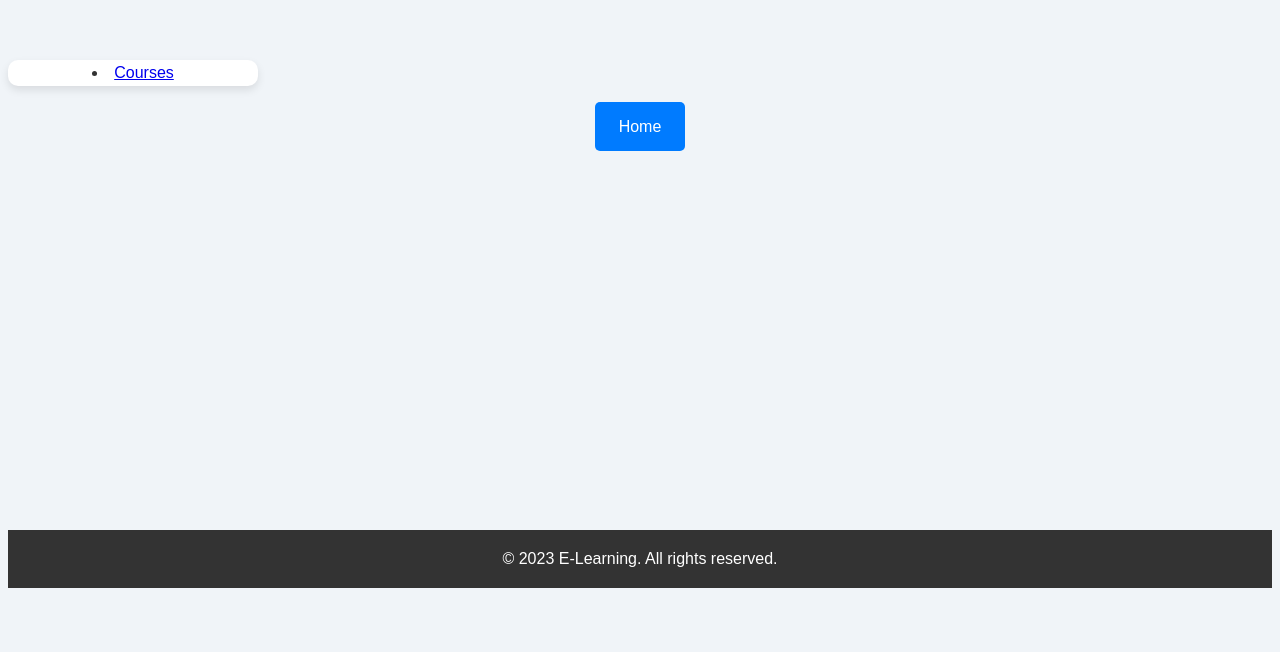
Repository: Syed1818/project
Page: courses.html
The author's editor kept a copy of each file at every save. The page is drawn from the files as they stood at one save, then again after the next save.
The browser window is 1280 px wide. The pictures show the whole page.

Above is the page before, as saved 2024-12-02 21:15:53.

### courses.html
<!DOCTYPE html>
<html lang="en">
<head>
    <meta charset="UTF-8">
    <meta name="viewport" content="width=device-width, initial-scale=1.0">
    <title>Courses | E-Learning</title>
    <style>
        body {
            font-family: Arial, sans-serif;
            background-color: #f0f4f8;
            color: #333;
            line-height: 1.6;
            margin-top: 60px;
            align-items: center;
            justify-content: center;
            text-align: center;
        }

        .search-container {
            max-width: 600px;
            margin: 2rem auto;
            text-align: center;
        }

        input[type="text"] {
            width: 80%;
            padding: 1rem;
            font-size: 1rem;
            border: 1px solid #ddd;
            border-radius: 5px;
        }

        .course-list {
            display: flex;
            flex-wrap: wrap;
            gap: 2rem;
            justify-content: center;
            margin-top: 2rem;
        }

        .course-item {
            background-color: white;
            border-radius: 10px;
            box-shadow: 0 4px 8px rgba(0, 0, 0, 0.1);
            width: 250px;
            overflow: hidden;
            text-align: center;
            transition: transform 0.3s ease, box-shadow 0.3s ease;
        }

        .course-item img {
            width: 100%;
            height: 200px;
            object-fit: cover;
        }

        .course-item h3 {
            padding: 1rem;
            font-size: 1.25rem;
            background-color: #f9f9f9;
            border-bottom: 1px solid #ddd;
            color: #333;
        }

        .course-item p {
            padding: 1rem;
            font-size: 1rem;
            justify-content: center;
            align-items: center;
            text-align: center;
            color: #555;
        }

        .course-item:hover {
            transform: translateY(-10px);
            box-shadow: 0 10px 30px rgba(0, 0, 0, 0.1);
        }

        .home-button {
            display: inline-block;
            padding: 0.75rem 1.5rem;
            font-size: 1rem;
            color: white;
            background-color: #007bff;
            border: none;
            border-radius: 5px;
            text-decoration: none;
            margin-top: 1rem;
            transition: background-color 0.3s ease;
        }

        .home-button:hover {
            background-color: #0056b3;
        }

        footer {
            background-color: #333;
            color: white;
            text-align: center;
            padding: 1rem;
            margin-top: 30%;
            margin-bottom: 0;
        }
    </style>
</head>
<body>
    <div class="course-item">
            <li><a href="courses.php">Courses</a></li>
    </div>
        <a href="index.html" class="home-button">Home</a>
    <footer>
        &copy; 2023 E-Learning. All rights reserved.
    </footer>
</body>
</html>

After the next save:
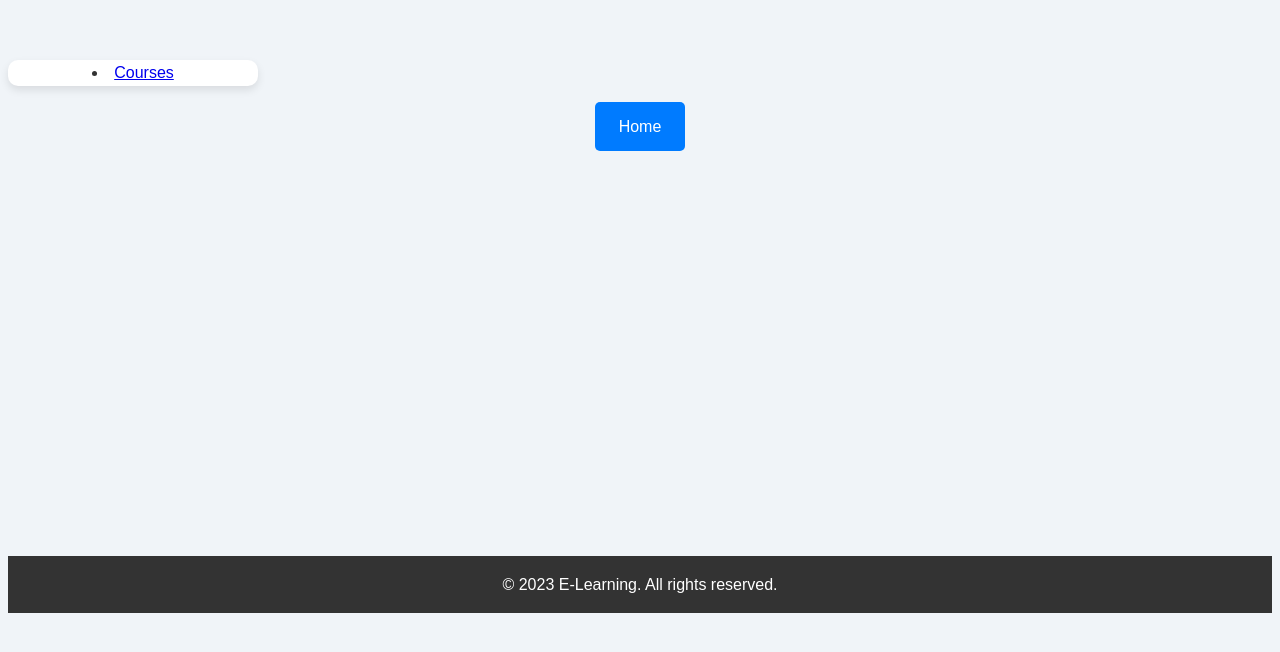
Saved 11 s later.
--- a/courses.html
+++ b/courses.html
@@ -98,7 +98,7 @@
             color: white;
             text-align: center;
             padding: 1rem;
-            margin-top: 30%;
+            margin-top: 32%;
             margin-bottom: 0;
         }
     </style>

After the save that followed:
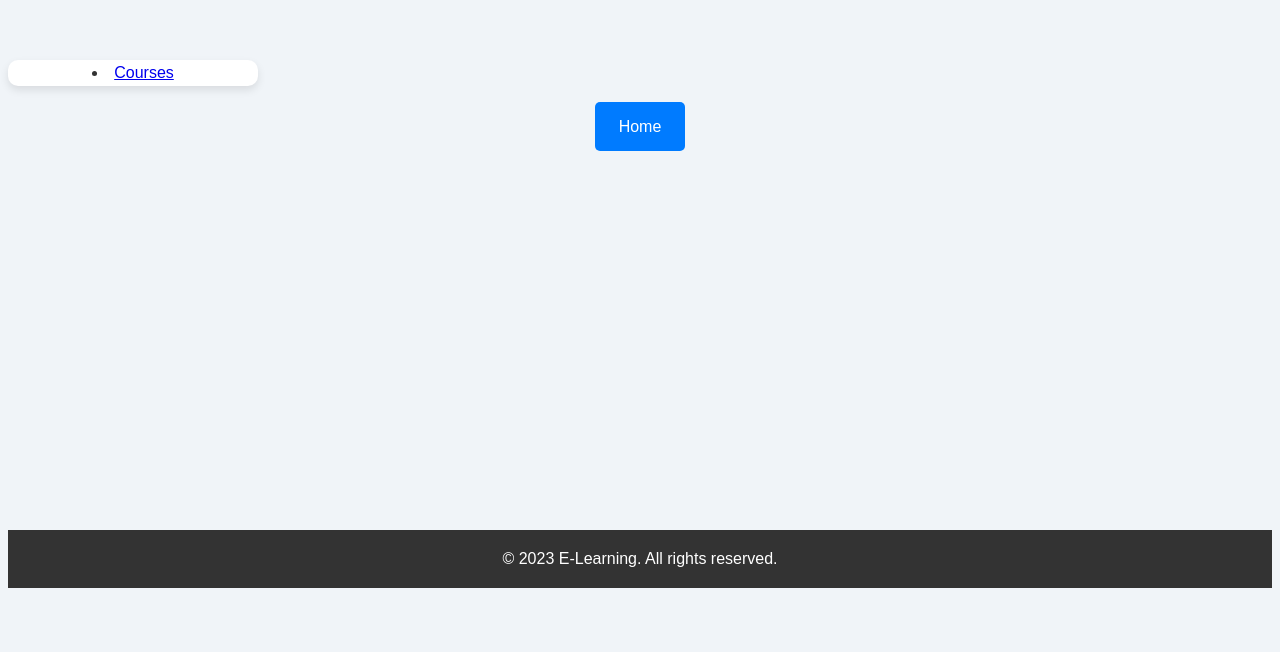
Saved 9 s later.
--- a/courses.html
+++ b/courses.html
@@ -98,7 +98,7 @@
             color: white;
             text-align: center;
             padding: 1rem;
-            margin-top: 32%;
+            margin-top: 30%;
             margin-bottom: 0;
         }
     </style>
